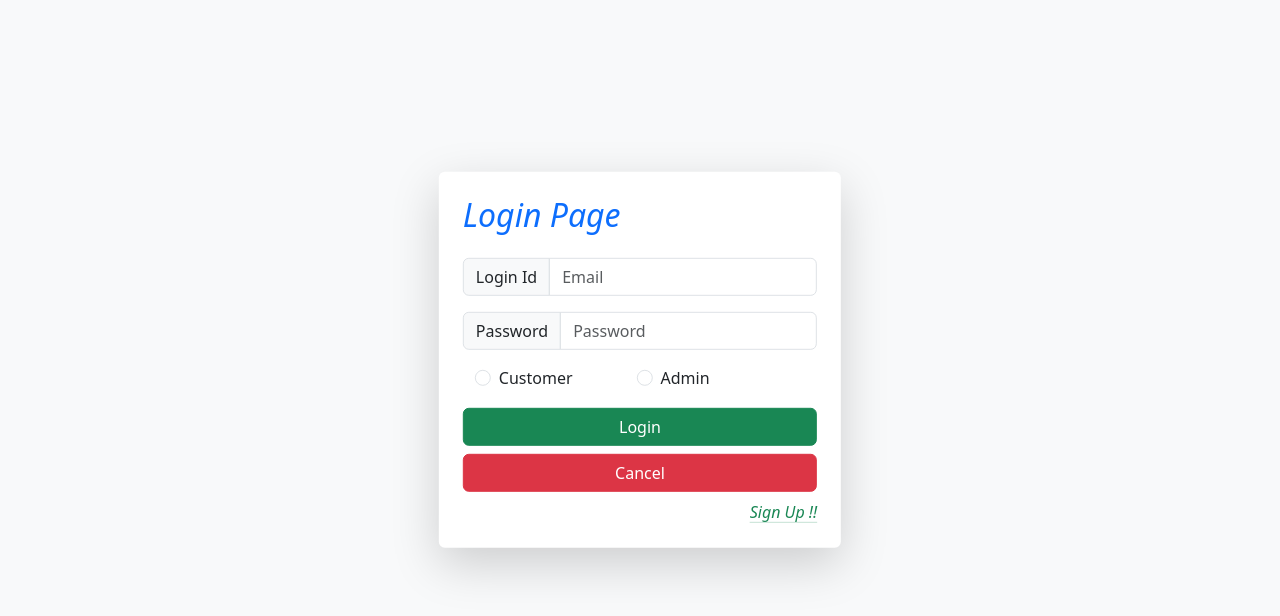
Repository: Niket-mishra/Dummy
Page: http://localhost/Mini-Project/Login.jsp
An editor plug-in stored every save of this project. The page is shown before and after the next save, followed by the edit.
The browser window is 1280 px wide. The pictures show the whole page.
The page is served by Tomcat 10.

Above is the page before, as saved 2024-05-07 17:10:18.

After the next save:
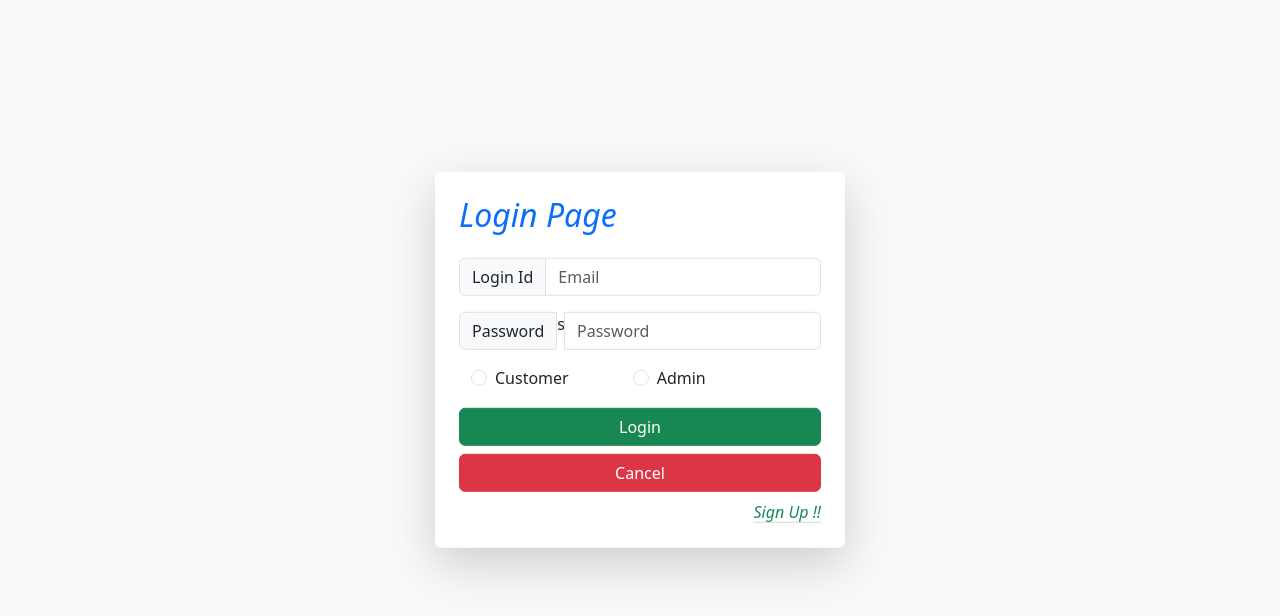
Saved 82 min 4 s later.
--- a/Mini-Project/src/main/webapp/Login.jsp
+++ b/Mini-Project/src/main/webapp/Login.jsp
@@ -14,12 +14,12 @@
 <form action="LoginController">
 <div class="input-group mb-3">
   <span class="input-group-text">Login Id</span>
-  <input type="email" aria-label="Email" class="form-control" placeholder="Email" required>
+  <input type="email" aria-label="Email" class="form-control" placeholder="Email" name ="username" required>
 </div>
 
 <div class="input-group mb-3">
-  <span class="input-group-text">Password</span>
-  <input type="password" aria-label="password" class="form-control" placeholder="Password" required>
+  <span class="input-group-text">Password</span>s
+  <input type="password" aria-label="password" class="form-control" placeholder="Password" name="password" required>
 </div>
 <div class = "row g-2 mb-3">
   <div class="form-check col-auto pe-5 ms-3">
